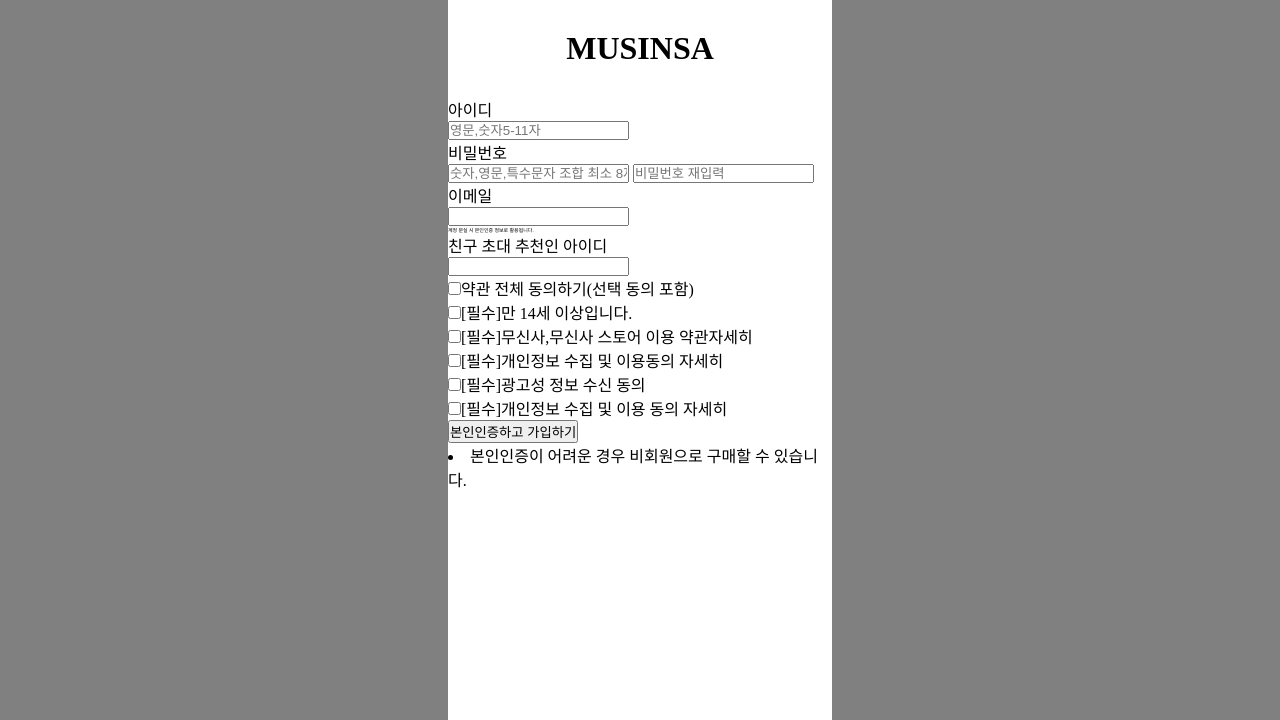
Repository: SilverSharkDeveloper/HTML-CSS-Study
Page: html/workspace/day04/WebContent/task.html
The author's editor kept a copy of each file at every save. The page is drawn from the files as they stood at one save, then again after the next save.
The browser window is 1280 px wide. The pictures show the whole page.

Above is the page before, as saved 2023-03-13 12:22:45.

### html/workspace/day04/WebContent/task.html
<!DOCTYPE html>
<html>
<head>
<meta charset="UTF-8">
<title>무신사</title>
<style>
	*{
		margin : 0;
		padding : 0;

	}
</style>
</head>
<body>
		<div class = "container" style = "background : grey ; height :100vh">
			<div class = "container login" style ="width : 30%;height : 100%; margin : 0 auto ; background :white">
				<div>
					<header style ="text-align : center;padding: 30px 0">
						<h1>MUSINSA</h1>
					</header>
				</div>
				<div style = "padding : 0 auto">
					<form  >
						<div>
							아이디
						</div>
						<div>
							<input type ="text" placeholder = "영문,숫자5-11자">
						</div>
						<div>
							비밀번호
						</div>
						<div>
							<input type = "password" placeholder ="숫자,영문,특수문자 조합 최소 8자">
							<input type = "password" placeholder ="비밀번호 재입력">
						</div>
						<div>
							이메일
						</div>
						<div>
							<input type = "email">
						</div>
						<div style = "font-size : 5px">
							계정 분실 시 본인인증 정보로 활용됩니다.
						</div>
						<div>
							친구 초대 추천인 아이디
						</div>
						<div>
							<input type = "text">
						</div>
						<div>
							<input type = "checkbox">약관 전체 동의하기(선택 동의 포함)
						</div>
						<div>
							<div>
								<input type = "checkbox">[필수]만 14세 이상입니다.
							</div>
							<div>
							<input type = "checkbox">[필수]무신사,무신사 스토어 이용 약관자세히
							</div>
							<div>
							<input type = "checkbox">[필수]개인정보 수집 및 이용동의 자세히
							</div>
							<div>
							<input type = "checkbox">[필수]광고성 정보 수신 동의
							</div>
							<div>
							<input type = "checkbox">[필수]개인정보 수집 및 이용 동의 자세히
							</div>
						</div>
						<div>
							<button>본인인증하고 가입하기</button>
						</div>
						<div>
							<li>본인인증이 어려운 경우 <a>비회원으로 구매</a>할 수 있습니다.</li>
						</div>
					</form>
				</div>
			</div>
		</div>
</body>
</html>

After the next save:
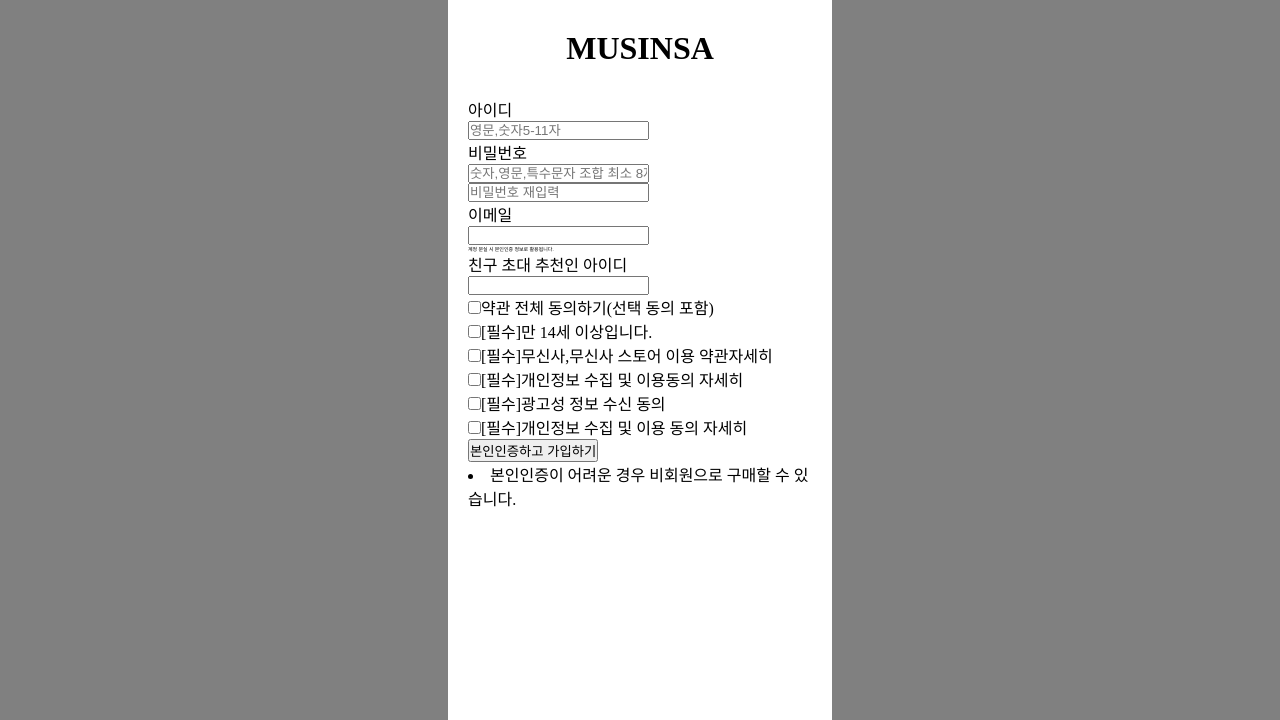
Saved 10 s later.
--- a/html/workspace/day04/WebContent/task.html
+++ b/html/workspace/day04/WebContent/task.html
@@ -19,7 +19,7 @@
 						<h1>MUSINSA</h1>
 					</header>
 				</div>
-				<div style = "padding : 0 auto">
+				<div style = "padding : 0 20px">
 					<form  >
 						<div>
 							아이디
